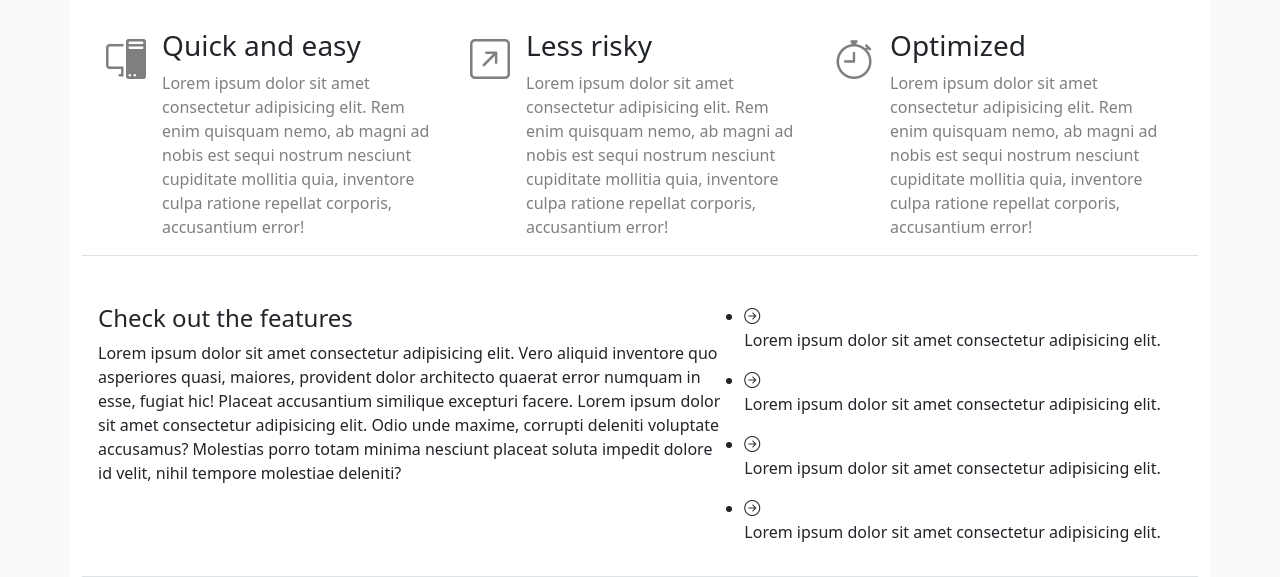
Repository: lyvandat/dh---bootstrap1
Page: index.html
These files come from the project's save history. The page is drawn as it stood at one moment and after a run of saves; the edit follows.
The browser window is 1280 px wide. The pictures show the part of the page from y = 545 to 1122 px (the page is 1122 px tall).
A picture or video elsewhere on the page could not be fetched, so the positions and the page height are approximate. Some web libraries are served in a nearby version.

Above is the page before, as saved 2022-11-01 20:58:24.

After the next 2 saves:
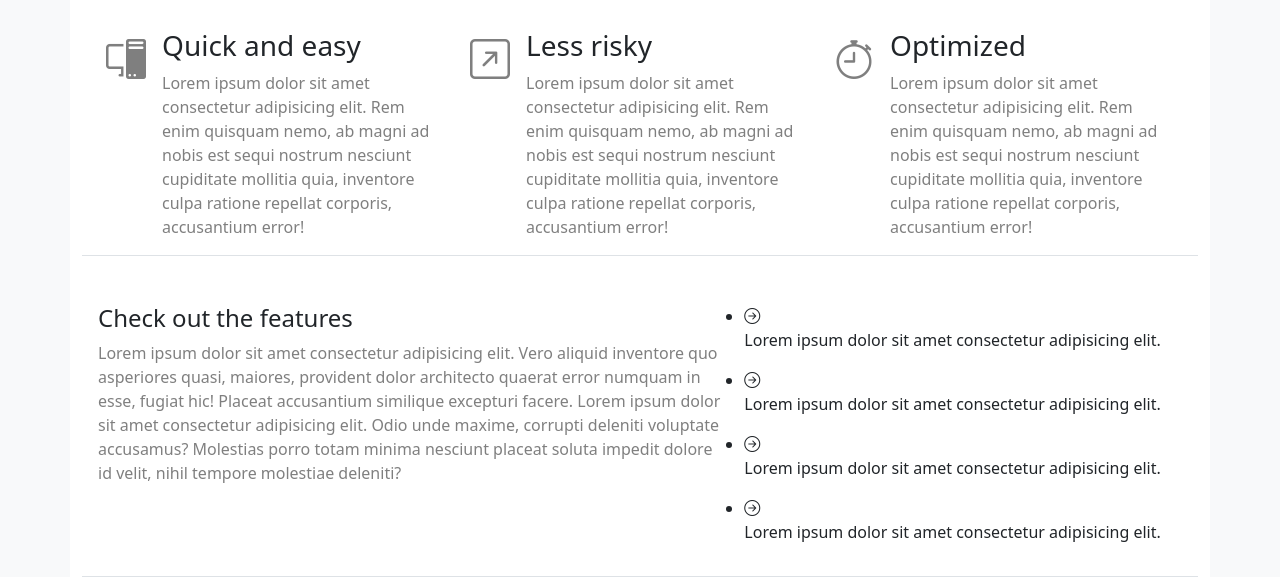
The 2 saves are shown as one change because they came seconds apart.
The last was saved 20 s later.
--- a/index.html
+++ b/index.html
@@ -104,7 +104,7 @@
     </div>
     <div class="border-bottom border-gray mt-5">
       <section class="row px-3 ">
-        <div class="col-7"><h4>Check out the features</h4><p>Lorem ipsum dolor sit amet consectetur adipisicing elit. Vero aliquid inventore quo asperiores quasi, maiores, provident dolor architecto quaerat error numquam in esse, fugiat hic! Placeat accusantium similique excepturi facere. Lorem ipsum dolor sit amet consectetur adipisicing elit. Odio unde maxime, corrupti deleniti voluptate accusamus? Molestias porro totam minima nesciunt placeat soluta impedit dolore id velit, nihil tempore molestiae deleniti?</p></div>
+        <div class="col-7"><h4>Check out the features</h4><p class="text-black-50 fw-medium">Lorem ipsum dolor sit amet consectetur adipisicing elit. Vero aliquid inventore quo asperiores quasi, maiores, provident dolor architecto quaerat error numquam in esse, fugiat hic! Placeat accusantium similique excepturi facere. Lorem ipsum dolor sit amet consectetur adipisicing elit. Odio unde maxime, corrupti deleniti voluptate accusamus? Molestias porro totam minima nesciunt placeat soluta impedit dolore id velit, nihil tempore molestiae deleniti?</p></div>
         <ul class="col-5">
           <li>
             <i class="bi bi-arrow-right-circle"></i>
